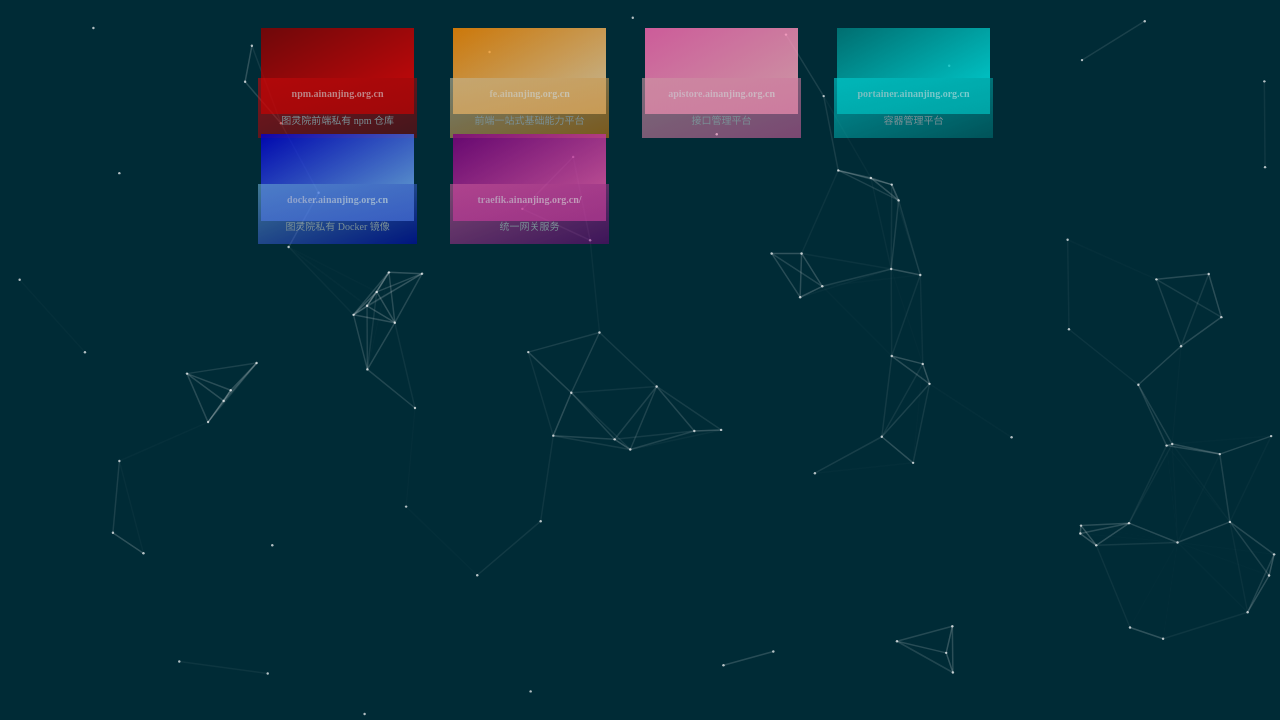
Repository: heweiwei1/portainer
Page: index.html
An editor plug-in stored every save of this project. The page is shown before and after the next save, followed by the edit.
The browser window is 1280 px wide. The pictures show the whole page.

Above is the page before, as saved 2021-04-14 13:48:08.

### index.html
<!DOCTYPE html>
<html lang="en">
<head>
  <meta charset="UTF-8">
  <meta http-equiv="X-UA-Compatible" content="IE=edge">
  <meta name="viewport" content="width=device-width, initial-scale=1.0">
  <title>网页</title>
  <link rel="stylesheet" href="index.css">
  <script src="index.js"></script>
</head>
<body>
  <div class="demo">
    <a class="demo1 demo-1" href="https://npm.ainanjing.org.cn/">
        <div class="trans">
          <h4>npm.ainanjing.org.cn</h4>
          <p>图灵院前端私有 npm 仓库</p>
        </div>
    </a>
    <a class="demo1 demo-2" href="https://fe.ainanjing.org.cn" id="pop">
          <div class="trans">
            <h4>fe.ainanjing.org.cn</h4>
            <p>前端一站式基础能力平台</p>
          </div>
    </a>
    <a class="demo1 demo-3" href="https://apistore.ainanjing.org.cn">
        <div class="trans">
          <h4>apistore.ainanjing.org.cn</h4>
          <p>接口管理平台</p>
        </div>
    </a>
    <a class="demo1 demo-4" href="https://portainer.ainanjing.org.cn">
        <div class="trans">
          <h4>portainer.ainanjing.org.cn</h4>
          <p>容器管理平台</p>
        </div>
    </a>
    <a class="demo1 demo-5" href="https://docker.ainanjing.org.cn">
        <div class="trans">
          <h4>docker.ainanjing.org.cn</h4>
          <p>图灵院私有 Docker 镜像</p>
        </div>
    </a>
    <a class="demo1 demo-6" href="https://traefik.ainanjing.org.cn/">
        <div class="trans">
          <h4>traefik.ainanjing.org.cn/</h4>
          <p>统一网关服务</p>
        </div>
    </a>
  </div>
</body>
</html>

### index.css
a {
  text-decoration: none;
  color: #000;
}
.demo {
  width: 60%;
  margin: auto;
  display: flex;
  flex-flow: row wrap;
  position: relative;
}

.demo a {
  position: relative;
  display: flex;
  flex-direction: column;
  align-items: center;
  width: 12vw;
  height: 6.75vw;
  margin-top: 20px;
  font-size: 10px;
}
.demo a:not(:nth-child(4n)){
  margin-right: 3vw;
}
.trans {
  position:absolute;
  top: 49.8px;
  width: 119.59px;
  padding: 30px 20px;
  display: flex;
  justify-content: center;
  opacity: 0.6;
}
.demo1:hover .trans{
  opacity: 1;
}
.demo1 {
  opacity: 0.8;
}
.trans p{
  position: absolute;
  top: 24px;
  color: #fff;
}
.trans h4{
  position: absolute;
  top: -3px;
  color: #fff;
}
.demo-1 {
  background-image: linear-gradient(to bottom right,#8b0000,#ff0000);

}
.demo-1 .trans{
  background-image: linear-gradient(to top left,#8b0000,#ff0000);
}
.demo-2 {
  background-image: linear-gradient(to bottom right,#ff8c00,#f5deb3);
}
.demo-2 .trans{
  background-image: linear-gradient(to top left,#ff8c00,#f5deb3);
}
.demo-3 {
  background-image: linear-gradient(to bottom right,#ff69b4,#ffb6c1);
}
.demo-3 .trans{
  background-image: linear-gradient(to top left,#ff69b4,#ffb6c1);
}
.demo-4 {
  background-image: linear-gradient(to bottom right,#008080,#00ffff);
}
.demo-4 .trans{
  background-image: linear-gradient(to top left,#008080,#00ffff);
}
.demo-5 {
  background-image: linear-gradient(to bottom right,#0000cd,#87cefa);
}
.demo-5 .trans{
  background-image: linear-gradient(to top left,#0000cd,#87cefa);
}
.demo-6 {
  background-image: linear-gradient(to bottom right,#800080,#ff69b4);
}
.demo-6 .trans{
  background-image: linear-gradient(to top left,#800080,#ff69b4);
}

### index.js
window.onload = function(){
  var pop = document.getElementById("pop");
  pop.onclick = function(){
    alert("暂未启用");
    return false;
  }
  // 可调参数
var BACKGROUND_COLOR = "rgba(0,43,54,1)";   // 背景色
var POINT_NUM = 99;                         // 屏幕上点的数目
var POINT_COLOR = "rgba(255,255,255,0.7)";  // 点的颜色
var LINE_LENGTH = 10000;                    // 点之间连线长度(的平方)

// 创建背景画布
var cvs = document.createElement("canvas");
cvs.width = window.innerWidth;
cvs.height = window.innerHeight;
cvs.style.cssText = "\
    position:fixed;\
    top:0px;\
    left:0px;\
    z-index:-1;\
    opacity:1.0;\
    ";
document.body.appendChild(cvs);

var ctx = cvs.getContext("2d");

var startTime = new Date().getTime();

//随机数函数
function randomInt(min, max) {
    return Math.floor((max - min + 1) * Math.random() + min);
}

function randomFloat(min, max) {
    return (max - min) * Math.random() + min;
}

//构造点类
function Point() {
    this.x = randomFloat(0, cvs.width);
    this.y = randomFloat(0, cvs.height);

    var speed = randomFloat(0.3, 1.4);
    var angle = randomFloat(0, 2 * Math.PI);

    this.dx = Math.sin(angle) * speed;
    this.dy = Math.cos(angle) * speed;

    this.r = 1.2;

    this.color = POINT_COLOR;
}

Point.prototype.move = function () {
    this.x += this.dx;
    if (this.x < 0) {
        this.x = 0;
        this.dx = -this.dx;
    } else if (this.x > cvs.width) {
        this.x = cvs.width;
        this.dx = -this.dx;
    }
    this.y += this.dy;
    if (this.y < 0) {
        this.y = 0;
        this.dy = -this.dy;
    } else if (this.y > cvs.height) {
        this.y = cvs.height;
        this.dy = -this.dy;
    }
}

Point.prototype.draw = function () {
    ctx.fillStyle = this.color;
    ctx.beginPath();
    ctx.arc(this.x, this.y, this.r, 0, Math.PI * 2);
    ctx.closePath();
    ctx.fill();
}

var points = [];

function initPoints(num) {
    for (var i = 0; i < num; ++i) {
        points.push(new Point());
    }
}

var p0 = new Point(); //鼠标
p0.dx = p0.dy = 0;
var degree = 2.5;
document.onmousemove = function (ev) {
    p0.x = ev.clientX;
    p0.y = ev.clientY;
}
document.onmousedown = function (ev) {
    degree = 5.0;
    p0.x = ev.clientX;
    p0.y = ev.clientY;
}
document.onmouseup = function (ev) {
    degree = 2.5;
    p0.x = ev.clientX;
    p0.y = ev.clientY;
}
window.onmouseout = function () {
    p0.x = null;
    p0.y = null;
}

function drawLine(p1, p2, deg) {
    var dx = p1.x - p2.x;
    var dy = p1.y - p2.y;
    var dis2 = dx * dx + dy * dy;
    if (dis2 < 2 * LINE_LENGTH) {
        if (dis2 > LINE_LENGTH) {
            if (p1 === p0) {
                p2.x += dx * 0.03;
                p2.y += dy * 0.03;
            } else return;
        }
        var t = (1.05 - dis2 / LINE_LENGTH) * 0.2 * deg;
        ctx.strokeStyle = "rgba(255,255,255," + t + ")";
        ctx.beginPath();
        ctx.lineWidth = 1.5;
        ctx.moveTo(p1.x, p1.y);
        ctx.lineTo(p2.x, p2.y);
        ctx.closePath();
        ctx.stroke();
    }
    return;
}

//绘制每一帧
function drawFrame() {
    cvs.width = window.innerWidth;
    cvs.height = window.innerHeight;
    ctx.fillStyle = BACKGROUND_COLOR;
    ctx.fillRect(0, 0, cvs.width, cvs.height);

    var arr = (p0.x == null ? points : [p0].concat(points));
    for (var i = 0; i < arr.length; ++i) {
        for (var j = i + 1; j < arr.length; ++j) {
            drawLine(arr[i], arr[j], 1.0);
        }
        arr[i].draw();
        arr[i].move();
    }

    window.requestAnimationFrame(drawFrame);
}

  initPoints(POINT_NUM);
  drawFrame();
}

After the next save:
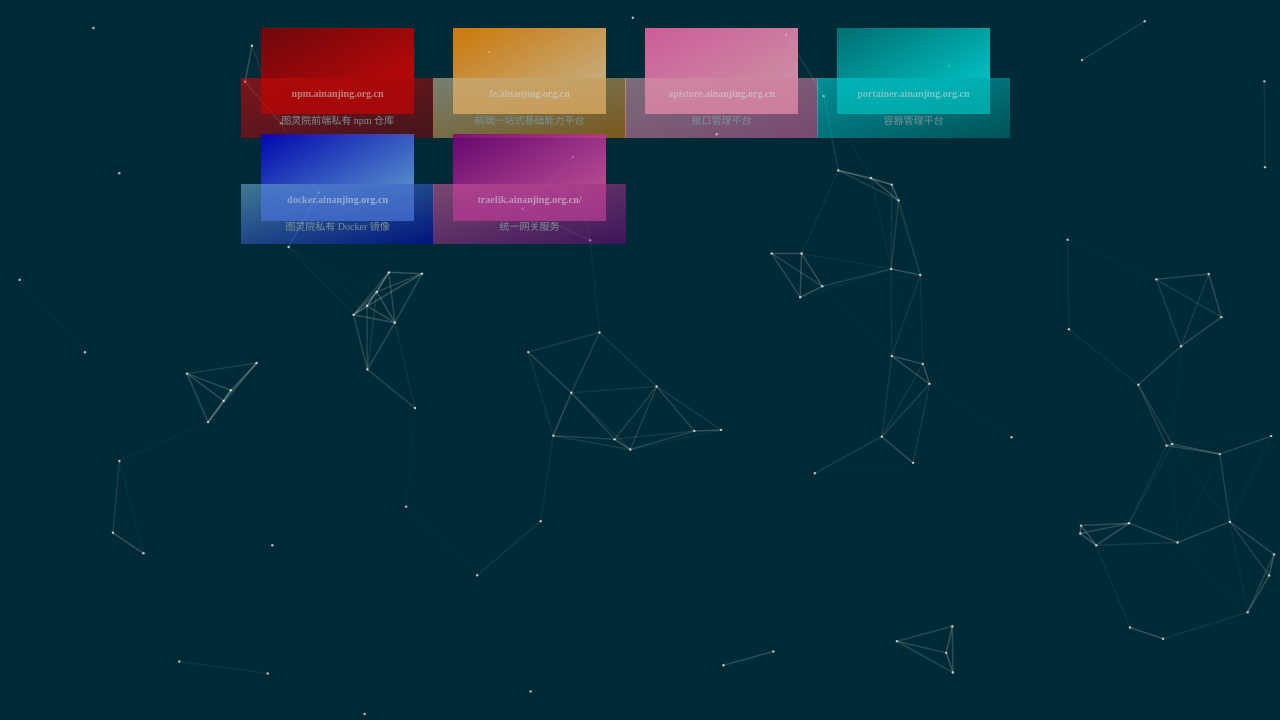
Saved 14 s later.
--- a/index.css
+++ b/index.css
@@ -26,7 +26,7 @@ a {
 .trans {
   position:absolute;
   top: 49.8px;
-  width: 119.59px;
+  width: 12vw;
   padding: 30px 20px;
   display: flex;
   justify-content: center;
